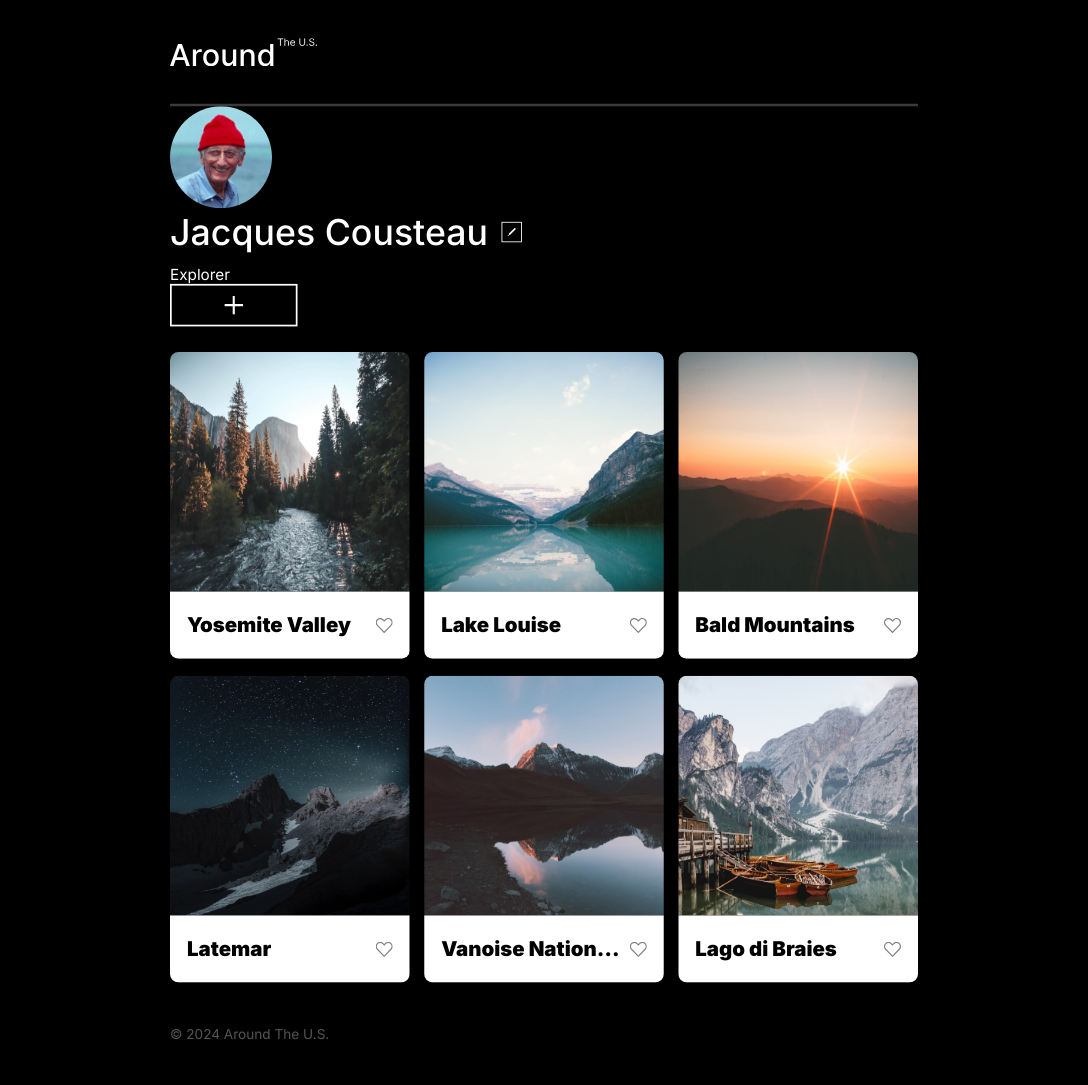
Repository: luisbaezx/se_project_aroundtheus
Page: index.html
These files come from the project's save history. The page is drawn as it stood at one moment and after the next save; the edit follows.
The browser window is 1280 px wide. The pictures show the whole page, at 85% of full size.

Above is the page before, as saved 2024-05-29 18:43:04.

After the next save:
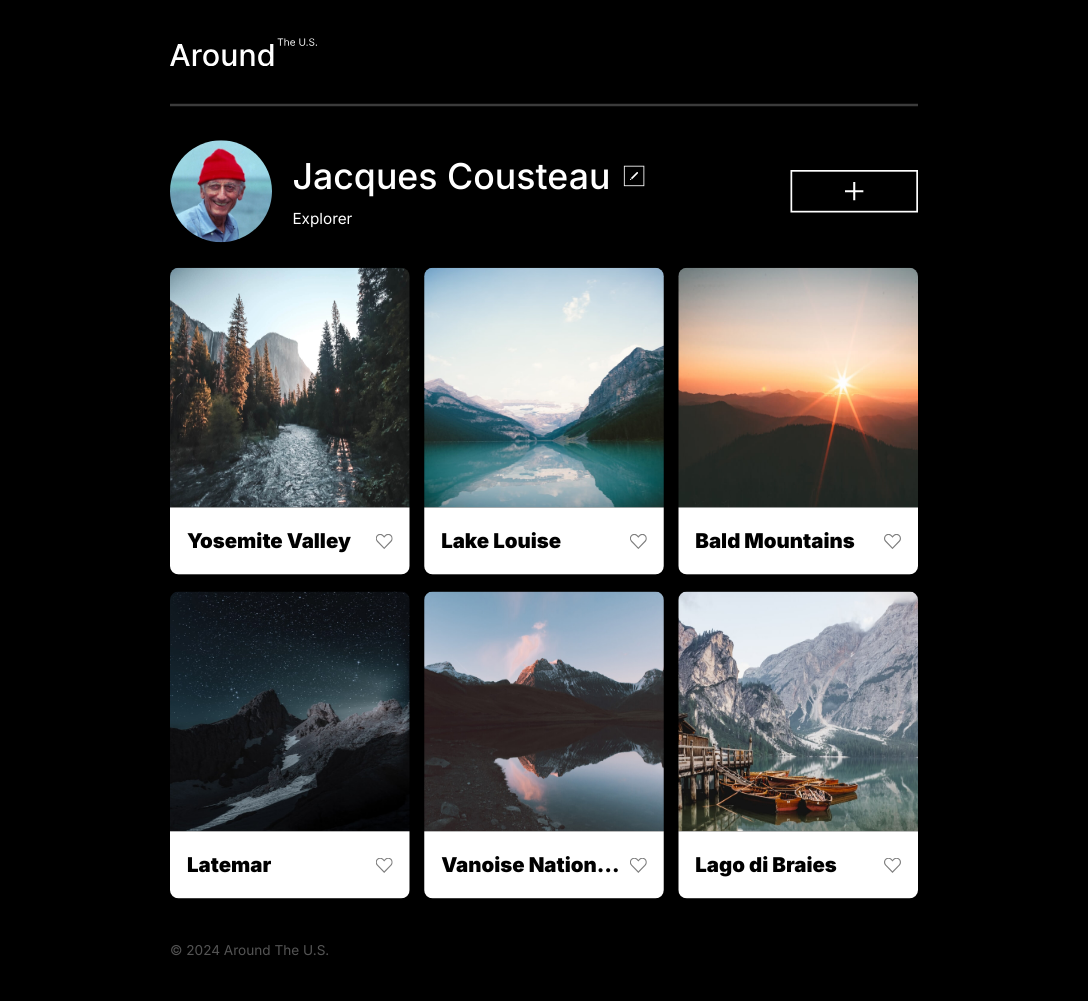
Saved 21 s later.
--- a/blocks/profile.css
+++ b/blocks/profile.css
@@ -1,4 +1,4 @@
-profile {
+.profile {
   display: flex;
   align-items: center;
   padding-top: 40px;
